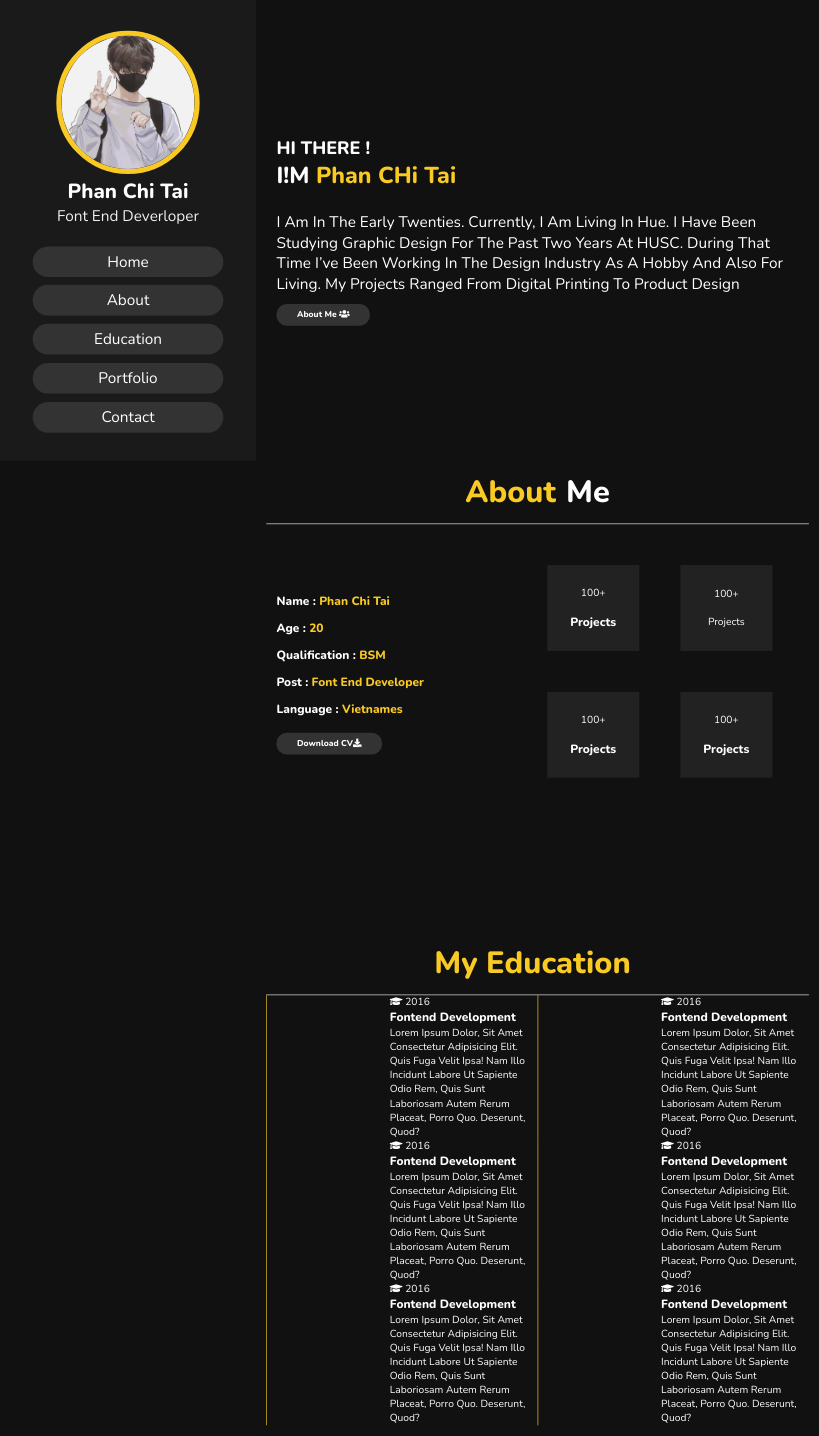
Repository: PCTai/My-profile
Page: index.html
An editor plug-in stored every save of this project. The page is shown before and after the next save, followed by the edit.
The browser window is 1280 px wide. The pictures show the whole page, at 64% of full size.

Above is the page before, as saved 2022-01-12 08:26:26.

### index.html
<!DOCTYPE html>
<html lang="en">
<head>
    <meta charset="UTF-8">
    <meta http-equiv="X-UA-Compatible" content="IE=edge">
    <meta name="viewport" content="width=device-width, initial-scale=1.0">
    <link rel="preconnect" href="https://fonts.googleapis.com">
    <link rel="preconnect" href="https://fonts.gstatic.com" crossorigin>
    <link href="https://fonts.googleapis.com/css2?family=Nunito:ital,wght@0,400;0,600;0,800;1,200;1,300&display=swap" rel="stylesheet">
    <link rel="stylesheet" href="./assets/font/fontawesome-free-5.15.3-web/css/all.css">

    <link rel="stylesheet" href="./assets/css/style.css">
    <link rel="stylesheet" href="./assets/css/reponsive.css">
    <title>Document</title>
</head>
<body>
    <span class="bg-layer"> </span>
    <!-- Header start -->
    <header>
        <div class="user">
            <img src="./assets/imgs/user.jpg" alt="">
            <h3 class="name">Phan Chi Tai</h3>
            <div class="post">Font End Deverloper</div>
        </div>
        <div class="navbar">
            <ul>
                <li><a href="#home">home</a></li>
                <li><a href="#about">About</a></li>
                <li><a href="#education">Education</a></li>
                <li><a href="#portfolio">Portfolio</a></li>
                <li><a href="#contact">Contact</a></li>
            </ul>
        </div>
    </header>
    <!-- Header end -->
    <div id="menu"class="fas fa-bars">
    </div>
    <!-- start home -->
    <section id="home" class="home">

        <h3>HI THERE !</h3>
        <h1>I!M <span>Phan CHi Tai</span></h1>
        <p>I am in the early twenties. Currently, I am living in Hue. I have been studying graphic design for the past two years at  HUSC. During that time I’ve been working in the design industry as a hobby and also for living. My projects ranged from digital printing to product design</p>
        <a href="#about"> <button class="btn">About me <i class="fas fa-users"></i></button></a>


    </section>
    <!-- end home -->
    <!-- start about -->
    <section id="about" class="about">
        <div class="heading"><h1><span>About</span>Me</h1></div>
        <div class="row">
            <div class="info">
                <h3>Name : <span>Phan Chi Tai</span></h3>
                <h3>Age : <span>20</span></h3>
                <h3>Qualification : <span>BSM</span></h3>
                <h3>Post : <span>Font End Developer</span></h3>
                <h3>Language : <span>Vietnames</span></h3>
                <a href="#about"> <button class="btn">Download CV<i class="fas fa-download"></i></button></a>
            </div>
            <div class="counter">
                <div class="box">
                    <span>100+</span>
                    <br>
                    <h3>projects</h3>
                </div>
                <div class="box">
                    <span>100+</span>
                    <br>
                    <p>projects</p>
                </div>
                <div class="box">
                    <span>100+</span>
                    <br>
                    <h3>projects</h3>
                </div>
                <div class="box">
                    <span>100+</span>
                    <br>
                    <h3>projects</h3>
                </div>
            </div>
        </div>
    </section>

    <!-- end about -->
    <!-- start education -->
    <section id="education" class="education">
        <div class="heading"><h1><span>My Education</span></h1></div>
        <div class="container-box">
            <div class="box-e">
                <i class="fas fa-graduation-cap"></i>
                <span>2016</span>
                <h3>Fontend development</h3>
                <p>Lorem ipsum dolor, sit amet consectetur adipisicing elit. Quis fuga velit ipsa! Nam illo incidunt labore ut sapiente odio rem, quis sunt laboriosam autem rerum placeat, porro quo. Deserunt, quod?</p>
            </div>
            <div class="box-e">
                <i class="fas fa-graduation-cap"></i>
                <span>2016</span>
                <h3>Fontend development</h3>
                <p>Lorem ipsum dolor, sit amet consectetur adipisicing elit. Quis fuga velit ipsa! Nam illo incidunt labore ut sapiente odio rem, quis sunt laboriosam autem rerum placeat, porro quo. Deserunt, quod?</p>
            </div>
            <div class="box-e">
                <i class="fas fa-graduation-cap"></i>
                <span>2016</span>
                <h3>Fontend development</h3>
                <p>Lorem ipsum dolor, sit amet consectetur adipisicing elit. Quis fuga velit ipsa! Nam illo incidunt labore ut sapiente odio rem, quis sunt laboriosam autem rerum placeat, porro quo. Deserunt, quod?</p>
            </div>
            <div class="box-e">
                <i class="fas fa-graduation-cap"></i>
                <span>2016</span>
                <h3>Fontend development</h3>
                <p>Lorem ipsum dolor, sit amet consectetur adipisicing elit. Quis fuga velit ipsa! Nam illo incidunt labore ut sapiente odio rem, quis sunt laboriosam autem rerum placeat, porro quo. Deserunt, quod?</p>
            </div>
            <div class="box-e">
                <i class="fas fa-graduation-cap"></i>
                <span>2016</span>
                <h3>Fontend development</h3>
                <p>Lorem ipsum dolor, sit amet consectetur adipisicing elit. Quis fuga velit ipsa! Nam illo incidunt labore ut sapiente odio rem, quis sunt laboriosam autem rerum placeat, porro quo. Deserunt, quod?</p>
            </div>
            <div class="box-e">
                <i class="fas fa-graduation-cap"></i>
                <span>2016</span>
                <h3>Fontend development</h3>
                <p>Lorem ipsum dolor, sit amet consectetur adipisicing elit. Quis fuga velit ipsa! Nam illo incidunt labore ut sapiente odio rem, quis sunt laboriosam autem rerum placeat, porro quo. Deserunt, quod?</p>
            </div>

        </div>
    </section>

    <!-- end education -->


    <script src="./app.js"></script>
</body>
</html>

### assets/css/style.css
:root{
    --yellow: #f9ca24;
}
*{
    font-family: 'Nunito', sans-serif;
    margin: 0;padding: 0;
    box-sizing: border-box;
    text-decoration: none;
    outline: none;border: none;
    text-transform: capitalize;
    transition: all .2s linear;
}
html{
    font-size: 62,5%;
    overflow: hidden;
}
::selection{
    background-color: var(--yellow);
    color: #333;

}
html::-webkit-scrollbar{
    width: 2rem;
}
html::-webkit-scrollbar-track{
    background-color: #333;
}
html::-webkit-scrollbar-thumb{
    background-color: var(--yellow);
}
body{
    padding-left: 25rem;
    background: #111;
}
header{
    position: fixed;
    top: 0;
    left: 0;
    z-index: 1000;
    height: 100%;
    display: flex;
    flex-direction: column;
    justify-content: center;
    align-items: center;
    width: 25rem;
    background-color: #1a1a1a;
}

.user img{
    margin-top: 2rem;
    height: 14rem;
    width: 14rem;
    border-radius: 50%;
    object-fit: cover;
    border: 0.5rem solid var(--yellow);

}
header .user .name{
    text-align: center;
    font-size: 2rem;
    color: #fff;
}
header .user .post{
    text-align: center;
    font-size: 1.5rem;
    color: #eee;
}
header .navbar ul{
    margin-top: 1rem;
    list-style: none;
    padding: 1rem 3rem;
}
header .navbar ul li a:hover{
    background-color: var(--yellow);
}
header .navbar ul li a{
    display: block;
    padding: 0.5rem 6rem;
   margin-bottom: 0.8rem;
   background-color: #333;
   color: #fff;
   font-size: 1.5rem;
   border-radius: 5rem;
   text-align: center;
   cursor: pointer;
}
#menu:hover{
    color: var(--yellow);
}


#menu{
    position: fixed;
    z-index: 1000;
    top: 1rem;
    right: 1rem;
    color: #fff;
    padding: 1rem;
    background-color: #222;
    font-size: 2rem;
    cursor: pointer;
}
section{
    min-height: 100vh;
    padding: 1rem;
}
/* home */
.home{
    font-size: 1.5rem;
    color: #fff;
    display: flex;
    flex-direction: column;
    padding: 0 2rem;
    justify-content: center;
}
.btn:hover{
    background-color: var(--yellow);
    cursor: pointer;
}
.btn{
    padding: 0.5rem 2rem;
    border-radius: 1rem;
    margin-top: 1rem;
    font-weight: bold;
    background-color: #333;
    color: #fff;
}
.home span{
    color: var(--yellow);
    margin-bottom: 2rem;

}
.home h1{
    margin-bottom: 2rem;

}
/* about */
.about , .education{
    color: #fff;

}
.heading{
    font-size: 2rem;
    text-align: center;
    padding: 1rem;
    border-bottom: 0.1rem solid #eee;

}
.heading span{
    color: var(--yellow);
    padding-right: 1rem;
}
.info{
    flex: 1 1 45%;
    padding: 1rem;
    padding-left: 1rem;

}
.info span{
    color: var(--yellow);
}
.info h3{
    padding: 0.5rem 0;
}
.row{
    margin-top: 2rem;
    display: flex;
    justify-content: center;
    align-items: center;
    flex-wrap: wrap;

}
.counter{
    flex:1 1 55%;
    width: 55%;
    justify-content: center;
    display: flex;
    flex-wrap: wrap;

}
.box{
    background-color: #222;
    width: 7.5rem;
    padding: 2rem 0;
    text-align: center;
    margin: 0.5rem;
    display: flex;
    flex-direction: column;
    align-items: center;
    justify-content: center;

}

/* education */
.container-box{
    display: flex;
    flex-wrap: wrap;

}
.box-e{
    flex:33.33%;
    border-left: 0.1rem solid var(--yellow);
    padding-left: 12rem;
}

### assets/css/reponsive.css

@media (min-width:1200px){
    #menu{
        display: none;
    }
    .box{
        width: 12rem;
        margin: 2rem;
    }
    html{
        font-size: 100%;
    }
    .about{
        padding: 0 1rem;
    }
}
@media (min-width:1024px){
    #menu{
        display: none;
    }
    .box{
        width: 9rem;
    }
    header{
        left: 0% !important;
    }
}
@media (max-width:1024px){
    header{
        left: -125%;
    }
    body{
        padding: 0 2rem;
    }
    #menu{
        display: block;
    }
    .box{
        width: 9rem;
        margin: 1.5rem;
    }
}
@media (max-width:486px){

    section{
        width: 100%;
        font-size: 60%;
        padding: 2rem 0;
        margin: 0;
    }
    header{

        width: 100vw;
    }
    .toggle{
        left: -125% ;
    }
   .info,.counter{
        width: 100%;
   }
   .about{
       font-size: 80%;
   }
   .heading{
       font-size: 1.4rem;
   }
   .box{
    width: 100%;
    margin: 1rem 0;
    }

}
@media (max-width:939px){
    .row{
        flex-direction: column;
    }
    .info,.counter{
        width: 100%;
   }

}

### app.js

var menu=document.getElementById('menu');
var header=document.querySelector('header');
menu.onclick=function(e){
    if(this.className=='fas fa-bars'){
        this.classList.remove('fa-bars');
        this.classList.add('fa-times');
        header.style='left:0%';
    }
    else{
        this.classList.remove('fa-times');
        this.classList.add('fa-bars');
        header.style='left:-125%';
    }
};
var section = document.querySelectorAll('section');
for(var i=0 ; i<section.length;i++){
    // console.log(section[i]);
    section[i].onclick =function(){
        if(screen.width<'1024'){
            header.style='left:-125%';
            menu.classList.remove('fa-times');
            menu.classList.add('fa-bars');
        }

    }

}

var navbar = document.querySelectorAll('header .navbar ul li a');
for(var i=0 ; i<navbar.length;i++){
    // console.log(section[i]);
    navbar[i].onclick =function(){
        if(screen.width<'1024'){
            header.style='left:-125%';
            menu.classList.remove('fa-times');
            menu.classList.add('fa-bars');
        }

    }

}

Loaded but not shown: assets/font/fontawesome-free-5.15.3-web/css/all.css (library)

After the next save:
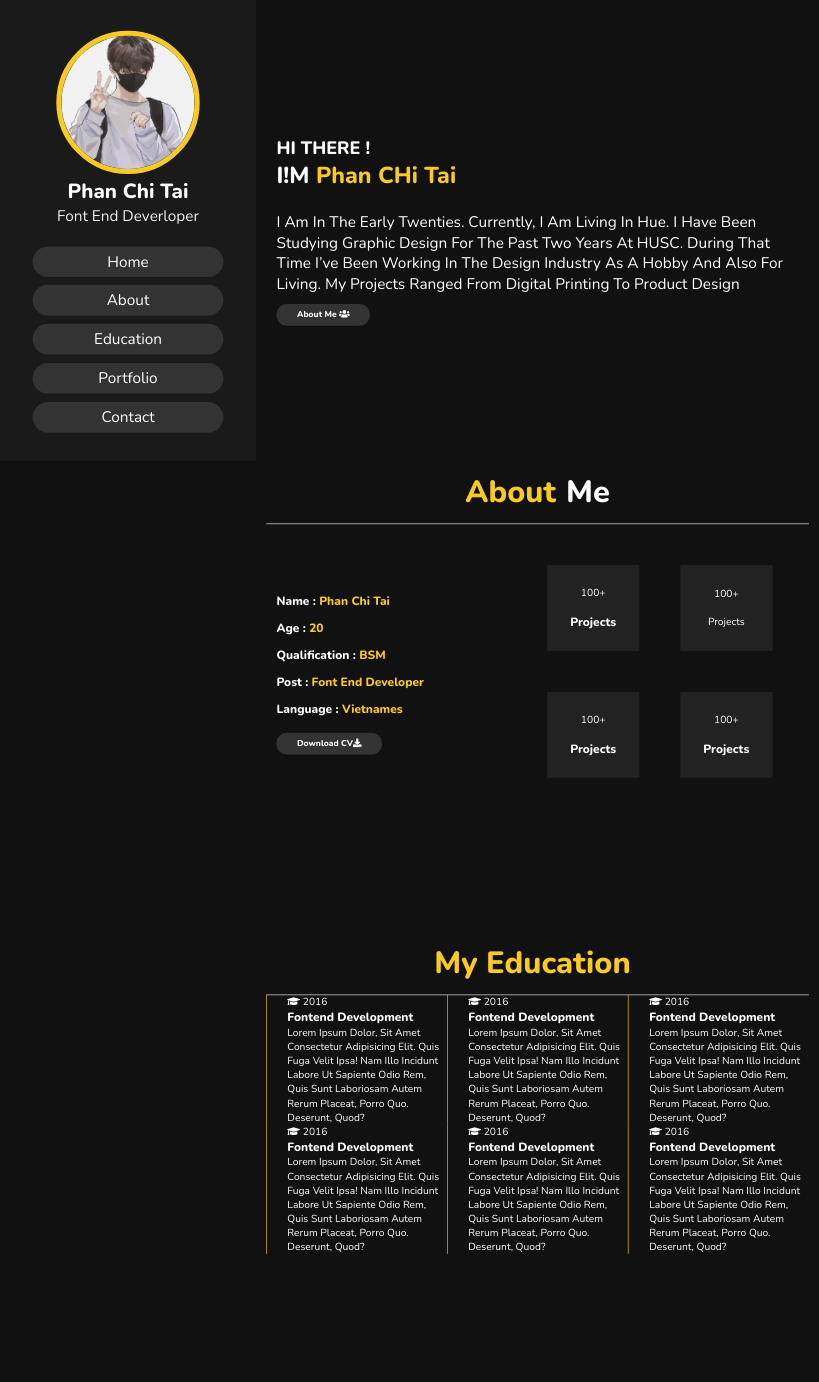
Saved 4 s later.
--- a/assets/css/style.css
+++ b/assets/css/style.css
@@ -200,5 +200,5 @@ section{
 .box-e{
     flex:33.33%;
     border-left: 0.1rem solid var(--yellow);
-    padding-left: 12rem;
-}
+    padding-left: 2rem;
+}
